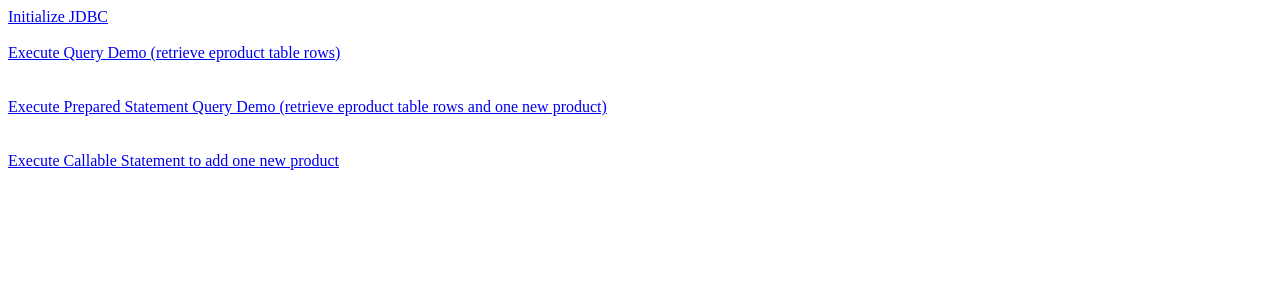
Repository: ashokwork1/slma
Page: JDBCDEMO/WebContent/index.html
An editor plug-in stored every save of this project. The page is shown before and after the next save, followed by the edit.
The browser window is 1280 px wide. The pictures show the whole page.

Above is the page before, as saved 2023-05-26 11:33:58.

After the next save:
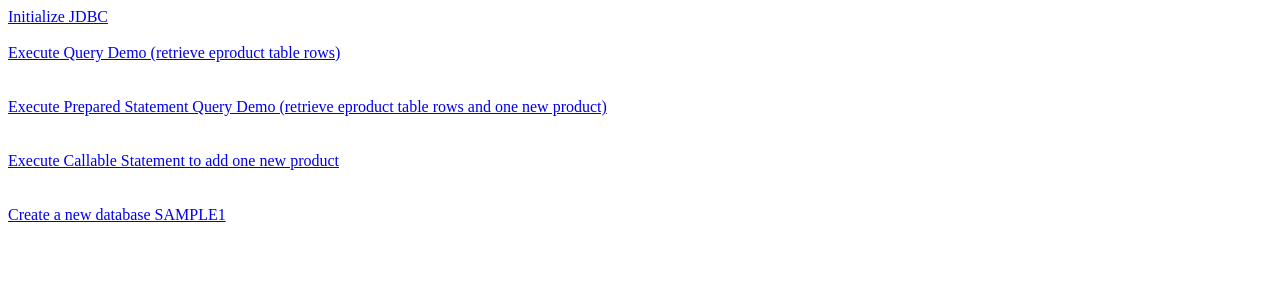
Saved 98 s later.
--- a/JDBCDEMO/WebContent/index.html
+++ b/JDBCDEMO/WebContent/index.html
@@ -6,3 +6,6 @@
 
 <br><br>
 <a href="callable-statement-demo">Execute Callable Statement to add one new product</a><br>
+
+<br><br>
+<a href="create-drop-database-demo">Create a new database SAMPLE1</a><br>
